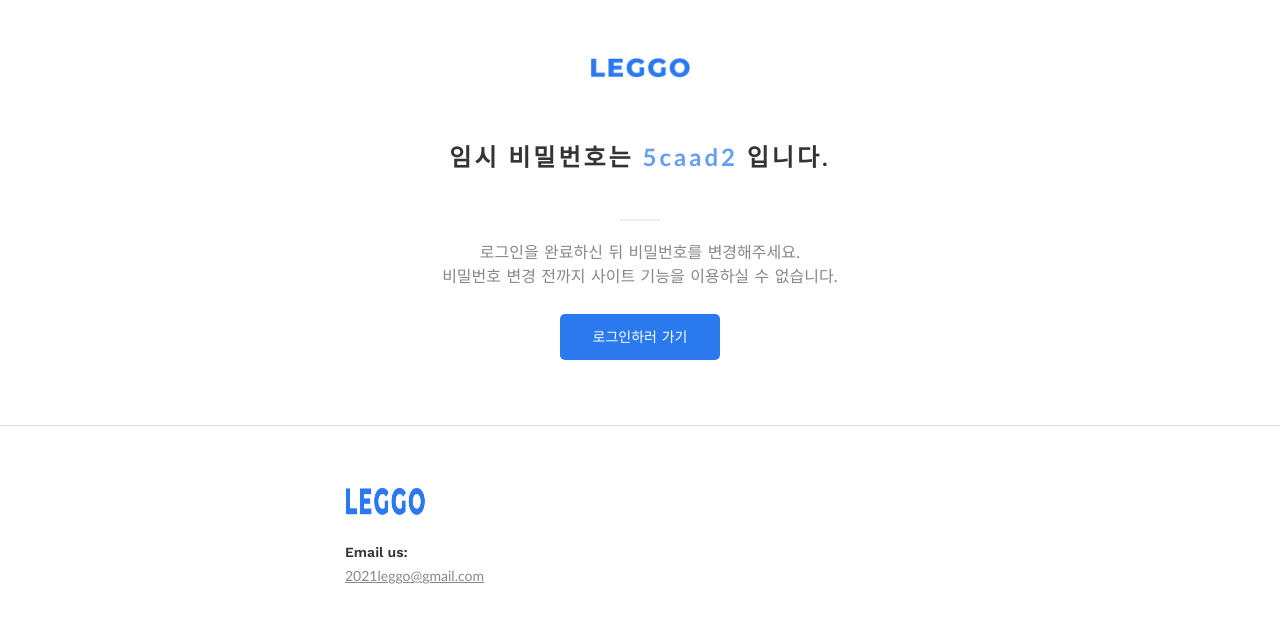
Repository: jangseohyun/LEGGO_2021
Page: http://localhost/PrjApp/FindPwEmail.jsp
The author's editor kept a copy of each file at every save. The page is drawn from the files as they stood at one save, then again after the next save.
The browser window is 1280 px wide. The pictures show the whole page.
Some web fonts or font styles are not loaded; a fallback is used. The page is served by Tomcat 9.

Above is the page before, as saved 2021-06-28 12:51:30.

After the next save:
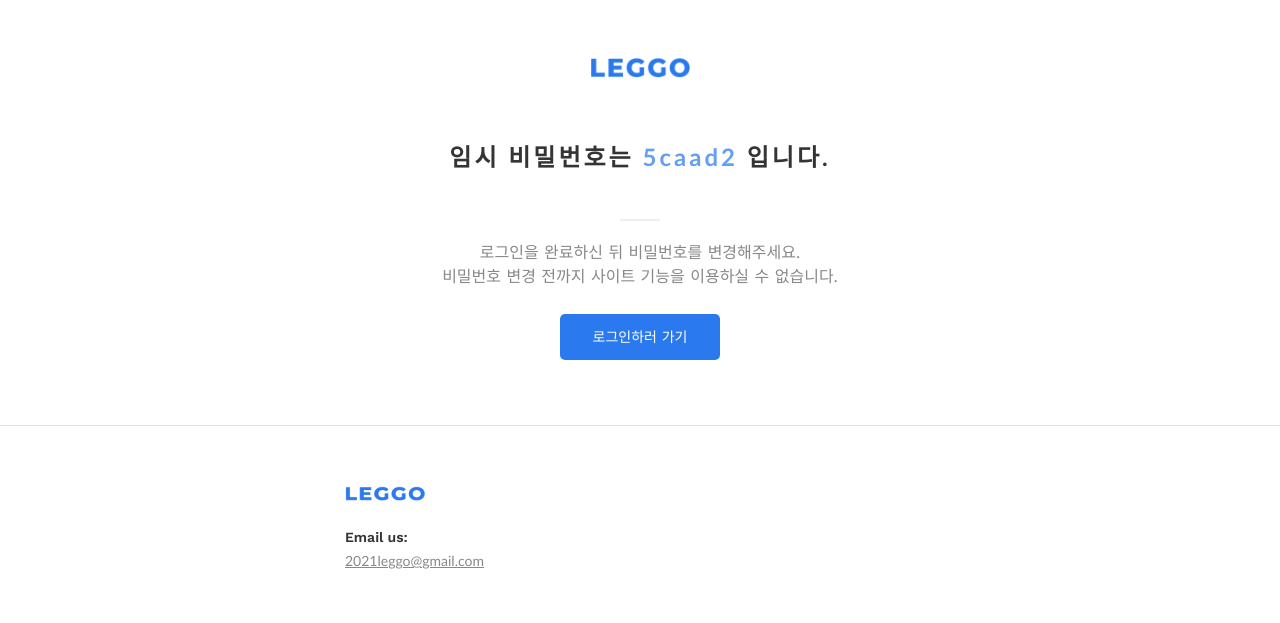
Saved 7 s later.
--- a/PrjApp/WebContent/FindPwEmail.jsp
+++ b/PrjApp/WebContent/FindPwEmail.jsp
@@ -326,7 +326,7 @@ table {
 									<!-- logo -->
 									<td align="left"><a href=""
 										style="display: block; border-style: none !important; border: 0 !important;"><img
-											height="30px" border="0" style="display: block; width: 80px;"
+											height="15px" border="0" style="display: block; width: 80px;"
 											src="images/leggo_logo.png"  alt="" /></a>
 									</td>
 								</tr>
